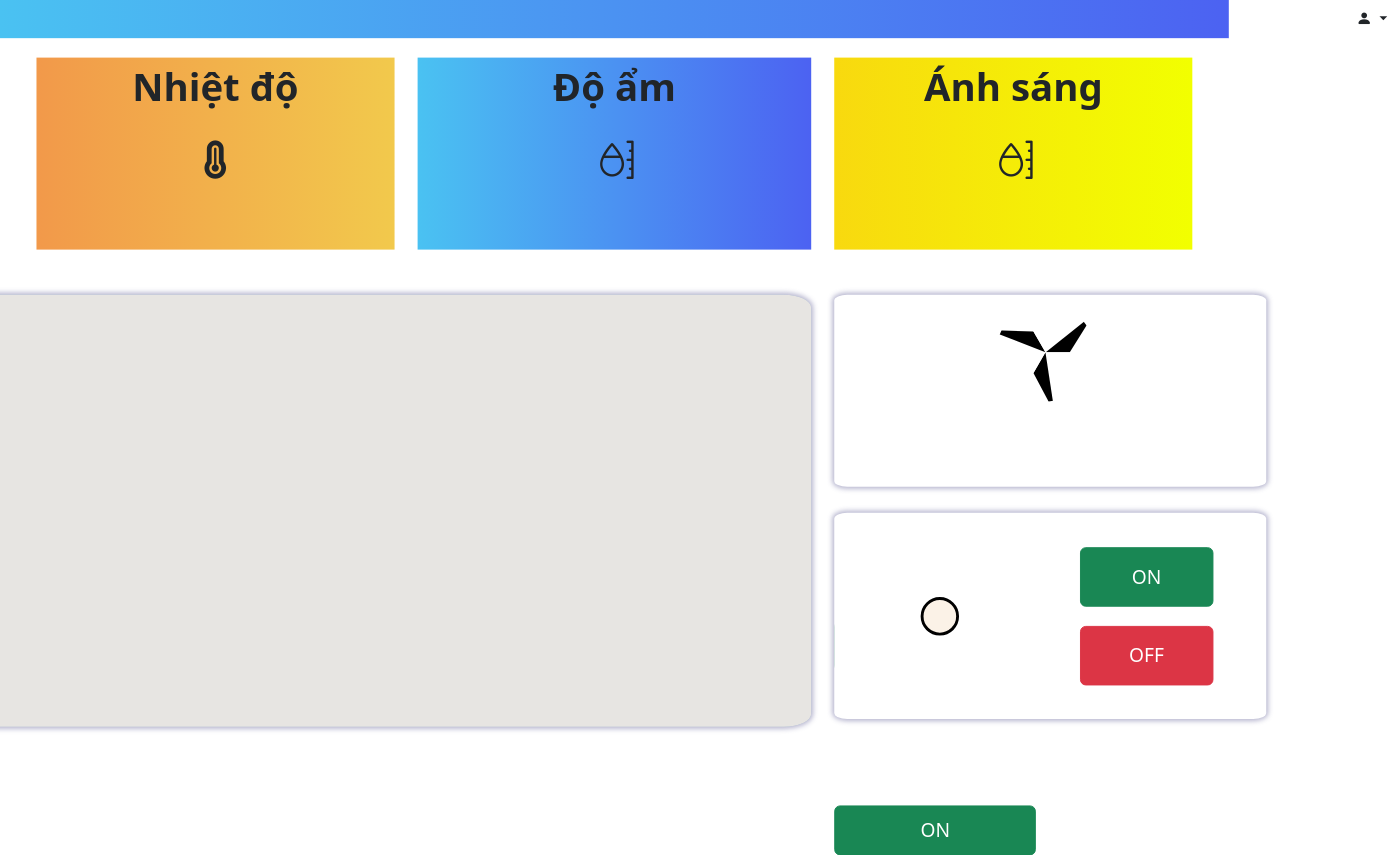
Repository: ndmq03102002/BTL_IOT
Page: Fontend_IOT/iot/index.html
These files come from the project's save history. The page is drawn as it stood at one moment and after the next save; the edit follows.
The browser window is 1280 px wide. The page is 1458 px wide, so the pictures cover 1458 px, including what lies to the right of the window. The pictures show the whole page, at 96% of full size.
Some web libraries are served in a nearby version.

Above is the page before, as saved 2023-09-07 09:53:42.

### Fontend_IOT/iot/index.html
<!DOCTYPE html>
<html lang="en">
<head>
    <meta charset="UTF-8">
    <meta name="viewport" content="width=device-width, initial-scale=1.0">
    <title>Document</title>
    <link rel="stylesheet" href="style.css">
    <link rel="stylesheet" href="bootstrap/css/bootstrap.css">
    <link rel="stylesheet" href="assets/fonts/fontawesome/css/fontawesome-all.min.css">
    <script src="https://cdnjs.cloudflare.com/ajax/libs/Chart.js/2.9.4/Chart.js"></script>
    <script src="https://kit.fontawesome.com/1be2f108e2.js" crossorigin="anonymous"></script>
    <link rel="stylesheet" href="https://cdn.jsdelivr.net/npm/bootstrap-icons@1.10.5/font/bootstrap-icons.css">
    <link rel="stylesheet" href="https://cdnjs.cloudflare.com/ajax/libs/font-awesome/6.0.0/css/all.min.css" integrity="sha512-9usAa10IRO0HhonpyAIVpjrylPvoDwiPUiKdWk5t3PyolY1cOd4DSE0Ga+ri4AuTroPR5aQvXU9xC6qOPnzFeg==" crossorigin="anonymous" referrerpolicy="no-referrer" />

</head>
<header style="width: 100%; height: 40px; margin :auto;background: linear-gradient(to right, #4ac2f2, #4c62f2)">

    <div class="col-sm-12">
        <div class="btn-group" style=" margin-left: 1300px;  ">
            <a class="btn btn-white dropdown-toggle" style="border-radius: 0%;display: block; margin-left: 100px;" href="#" role="button" data-bs-toggle="dropdown" aria-expanded="false">
                <i class="bi bi-person-fill"></i>
              </a>
            <ul class="dropdown-menu">
                <li><a href="javascript:" class="dropdown-item"><i class="bi bi-person"></i> MSV: B20DCCN064</a></li>
                <li><a href="javascript:" class="dropdown-item"><i class="bi bi-phone"></i> Phone: 0399602556</a></li>
                <li><a href="message.html" class="dropdown-item"><i class="bi bi-envelope"></i> Email: Caibutchi2672gmail.com</a></li>
            </ul>
          </div>
</header>
<body>
     <div  style="background-color:white;height:700px; margin-bottom: 50px;">
        <div class="row">
            <div  class="col-sm-4 col-pd"style="padding-left: 50px;" >
                <div class="khoi1 khoi-size">
                        <p >Nhiệt độ</p>
                        <p style="display: inline; " class="count1"></p>
                        <span><i class='fa-solid fa-temperature-full'></i></span>

                </div>
            </div>
            <div class="col-sm-4 col-pd">
                <div class="khoi2 khoi-size">
                    <p> Độ ẩm</p>
                    <p style="display: inline;" class="count2"></p>
                    <span> <i class="bi bi-moisture"></i></span>
                </div>
            </div>
            <div class="col-sm-4 col-pd" style="padding-right: 50px;">
                <div class="khoi3 khoi-size">
                    <p>Ánh sáng</p>
                    <p style="display: inline;" class="count3"></p>
                    <span> <i class="bi bi-moisture"></i></span>
                </div>
            </div>
            <div class="col-sm-8 " >
                <div class="khoi" style="height: 450px;width: 950px; float:right">
                    <canvas id="myChart" style="border-radius: 3%; width:100%;height: 100%;background-color: rgb(231, 229, 226);"></canvas>
                </div>
            </div>
            <div class="col-sm-4 ">
                <div class="khoi khoiii" style=" background-color: white; height: 200px; width: 450px; float: left; display: block; justify-content: center; align-items: center;">
                    <div class="fan">
                        <div class="blade blade-1"></div>
                        <div class="blade blade-2"></div>
                        <div class="blade blade-3"></div>
                        <div class="stand"></div>
                    </div>
                    <div class="button" style="margin-top: 140px;margin-right: 240px;">
                        <button class="btn btn-success " onclick="OnFan()" style="--bs-btn-padding-y: 10px; --bs-btn-padding-x: 30px; --bs-btn-font-size: 20px; ">ON</button>
                    </div>
                    <div class="button" style="margin-top: 140px;margin-right: 240px;">
                        <button class="btn btn-success " onclick="OnFan()" style="--bs-btn-padding-y: 10px; --bs-btn-padding-x: 30px; --bs-btn-font-size: 20px; ">ON</button>
                    </div>




                </div>
                <div class="khoi " style="background-color: white; margin-bottom: 20px; height: 215px; width: 450px; float: left; display: flex; justify-content: center; align-items: center;">
                    <div class="light" >
                        <div class="light-bulb" > </div>
                    </div>
                    <div class="button"  style="margin: auto;">
                        <button class="btn btn-success " onclick="OnLight()" style="--bs-btn-padding-y: 15px; --bs-btn-padding-x: 50px; --bs-btn-font-size: 20px; ">ON</button>
                         <button class="btn btn-danger " onclick="OffLight()" style="margin-top: 20px; --bs-btn-padding-y: 15px; --bs-btn-padding-x: 50px; --bs-btn-font-size: 20px;">OFF</button>

                    </div>

                </div>
            </div>
        </div>
    </div>
    <p>

    <script src="https://cdn.jsdelivr.net/npm/axios/dist/axios.min.js"></script>
    <script src="js.js"></script>
    <script src="jquery.js"></script>
    <script src="popper.min.js"></script>
    <script src="bootstrap/js/bootstrap.min.js"></script>
</body>
</html>

### Fontend_IOT/iot/style.css
html {
  margin: 0;
  padding: 0;
}

.khoi {
  width: 100%;
  height: 200px;
  margin-right: 0px;
  margin-bottom: 27px;
  background-color: #9fb4d0;

  box-shadow: 0px 0px 5px 2px rgba(97, 95, 151, 0.47);
  border-radius: 3%;
}
.khoi1 {
  width: 100%;
  height: 200px;
  margin-right: 0px;
  margin-bottom: 27px;
  background: linear-gradient(to right, #f2994a, #f2c94c);
}
.khoi2 {
  width: 100%;
  height: 200px;
  margin-right: 0px;
  margin-bottom: 27px;
  background: linear-gradient(to right, #4ac2f2, #4c62f2);
}
.khoi3 {
  width: 100%;
  height: 200px;
  margin-right: 0px;
  margin-bottom: 27px;
  background: linear-gradient(to right, #f8d90f, #f2ff00);
}
.khoii {
  width: 100%;
  height: 500px;
  background-color: black;
}
.abc {
  margin-bottom: 30px;
}
.col-pd {
  padding: 20px;
}
.khoi-size {
  font-size: 40px;
  font-weight: bold;
  text-align: center;
}
.fan {
  width: 200px;
  height: 200px;
  position: relative;
}

.blade {
  width: 0;
  height: 0;
  position: absolute;
  top: 10%;
  left: 110%;
  transform-origin: 0 50%;
  background-color: #000000;
  border-radius: 50%;
}

.blade-1 {
  width: 50px;
  height: 80px;
  clip-path: polygon(0 50%, 100% 0, 50% 50%);
  transform: rotate(0deg);
  /* animation: rotateFan1 1s linear infinite; */
}

.blade-2 {
  width: 50px;
  height: 80px;
  clip-path: polygon(0 50%, 100% 0, 50% 50%);
  transform: rotate(120deg);
  /* animation: rotateFan2 1s linear infinite; */
}

.blade-3 {
  width: 50px;
  height: 80px;
  clip-path: polygon(0 50%, 100% 0, 50% 50%);
  transform: rotate(240deg);
  /* animation: rotateFan3 1s linear infinite; */
}

@keyframes rotateFan2 {
  to {
    transform: rotate(480deg);
  }
}
@keyframes rotateFan1 {
  to {
    transform: rotate(360deg);
  }
}
@keyframes rotateFan3 {
  to {
    transform: rotate(600deg);
  }
}
.button {
  display: flex;
  flex-direction: column;
  justify-content: space-between;
}
.light {
  width: 200px;
  height: 200px;
}

.light-bulb {
  width: 40px;
  height: 40px;
  background-color: rgb(251 242 231);
  border: 3px solid #000;
  border-radius: 50%;
  position: relative;
  left: 90px;
  top: 80px;
}
@keyframes bulbLight {
  to {
    border: 5px solid transparent;
    box-shadow: 0 0 30px 50px rgba(255, 255, 0, 0.912);
  }
}

### Fontend_IOT/iot/js.js
let Listbox = document.querySelectorAll(".khoi-size");
let box1 = Listbox[0];
let box2 = Listbox[1];
let box3 = Listbox[2];
// let arrayP = box.getElementsByTagName("p");
// console.log(arrayP[1].innerText);

let countTemp = document.getElementsByClassName(".count1").innerText;
let countHum = document.getElementsByClassName(".count2").innerText;
let countLight = document.getElementsByClassName(".count3").innerText;

let count = 0;

function changeTemp() {
  if (countTemp <= 10) {
    box1.style.backgroundColor = "#9fb4d0";
  } else if (countTemp <= 25) {
    box1.style.backgroundColor = "#3fc848";
  } else if (countTemp <= 35) {
    box1.style.backgroundColor = "#c8b83f";
  } else {
    box1.style.backgroundColor = "#c83f3f";
  }
  if (countTemp > 50) {
    box1.style.backgroundColor = "#fd0606";
  }
}
function changeHum() {
  if (countHum <= 10) {
    box2.style.backgroundColor = "#9fb4d0";
  } else if (countHum <= 25) {
    box2.style.backgroundColor = "#3fc848";
  } else if (countHum <= 35) {
    box2.style.backgroundColor = "#c8b83f";
  } else {
    box2.style.backgroundColor = "#c83f3f";
  }
  if (countHum > 50) {
    box2.style.backgroundColor = "#fd0606";
  }
}
function changeLight() {
  if (countLight <= 10) {
    box3.style.backgroundColor = "#9fb4d0";
  } else if (countLight <= 25) {
    box3.style.backgroundColor = "#3fc848";
  } else if (countLight <= 35) {
    box3.style.backgroundColor = "#c8b83f";
  } else {
    box3.style.backgroundColor = "#c83f3f";
  }
  if (countLight > 50) {
    box3.style.backgroundColor = "#fd0606";
  }
}
function getTempAllData() {
  fetch("http://localhost:8080/Iot/getAllData")
    .then(function (response) {
      return response.json();
    })
    .then(function (posts) {
      const temp = [];
      const hum = [];
      const light = [];
      for (let key of posts) {
        temp.push(key.temperature);
        hum.push(key.humidity);
        light.push(key.light);
      }
      // hiển thị nhiệt độ
      countTemp = document.querySelector(".count1").innerText =
        temp[temp.length - 1];
      countHum = document.querySelector(".count2").innerText =
        hum[hum.length - 1];
      countLight = document.querySelector(".count3").innerText =
        light[light.length - 1];
      console.log("hello");
      changeTemp();
      changeHum();
      changeLight();
      //hiển thị đồ thị
      const xValues = [1, 5, 10, 15, 20, 25, 30, 35, 40, 45];
      type: "line",
        new Chart("myChart", {
          type: "line",
          data: {
            labels: xValues,
            datasets: [
              {
                data: temp,
                borderColor: "red",
                fill: false,
              },
              {
                data: hum,
                borderColor: "green",
                fill: false,
              },
              {
                data: light,
                borderColor: "blue",
                fill: false,
              },
            ],
          },
          options: {
            legend: { display: false },
            scales: {
              yAxes: [
                {
                  ticks: {
                    min: 1, // Giá trị tối thiểu trên trục tung
                    max: 100, // Giá trị tối đa trên trục tung
                    stepSize: 5, // Bước giữa các giá trị
                  },
                },
              ],
            },
          },
        });
    })
    .catch(function (err) {
      console.log(err);
    });
}
function OnFan() {
  const blade1 = (document.querySelector(".blade-1").style.animation =
    "rotateFan1 1s linear infinite");
  const blade2 = (document.querySelector(".blade-2").style.animation =
    "rotateFan2 1s linear infinite");
  const blade3 = (document.querySelector(".blade-3").style.animation =
    "rotateFan3 1s linear infinite");
}
function OffFan() {
  const blade1 = document
    .querySelector(".blade-1")
    .style.removeProperty("animation");
  const blade2 = document
    .querySelector(".blade-2")
    .style.removeProperty("animation");
  const blade3 = document
    .querySelector(".blade-3")
    .style.removeProperty("animation");
}
function OnLight() {
  const light = (document.querySelector(".light-bulb").style.animation =
    "bulbLight 1s linear forwards");
}
function OffLight() {
  const light = document
    .querySelector(".light-bulb")
    .style.removeProperty("animation");
}

Loaded but not shown: Fontend_IOT/iot/bootstrap/css/bootstrap.css (library); Fontend_IOT/iot/jquery.js (library); Fontend_IOT/iot/popper.min.js (library); Fontend_IOT/iot/bootstrap/js/bootstrap.min.js (library)

After the next save:
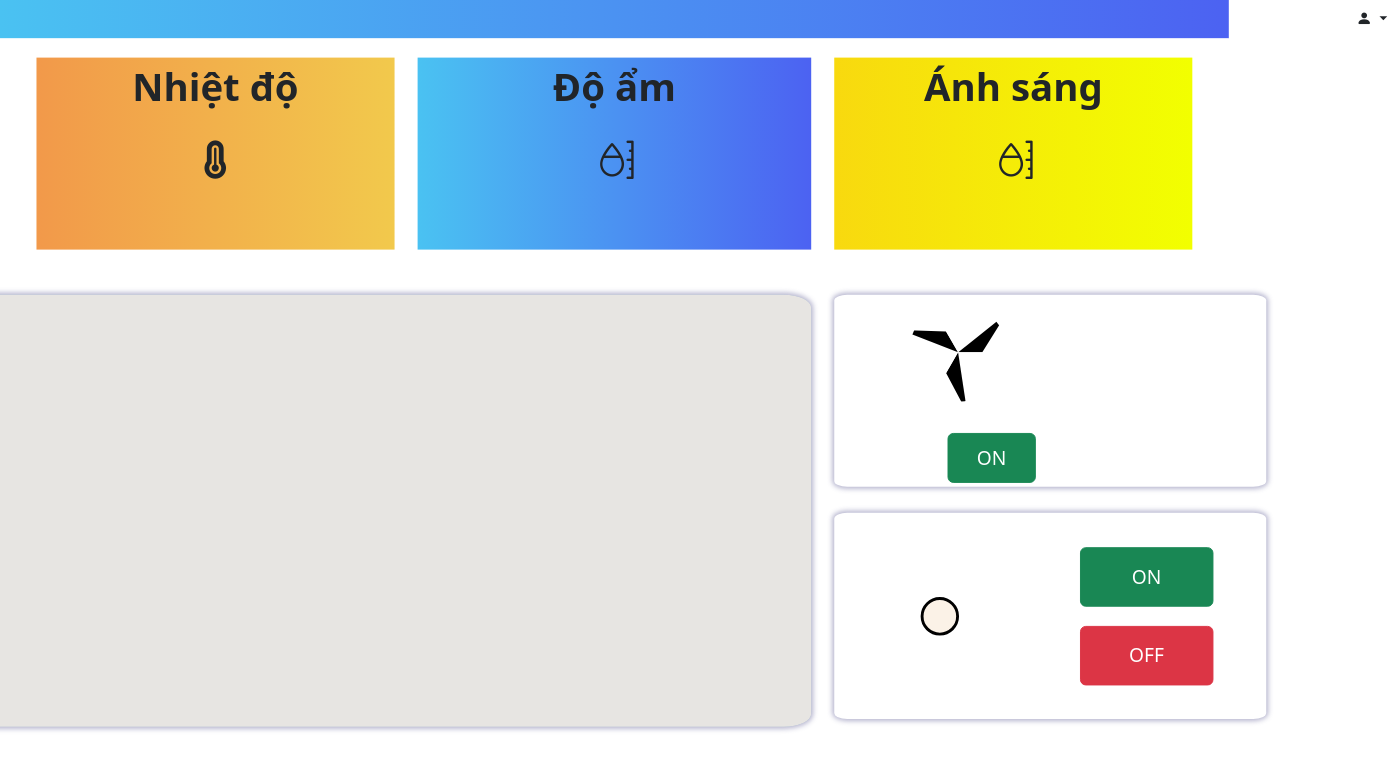
Saved 8 s later.
--- a/Fontend_IOT/iot/index.html
+++ b/Fontend_IOT/iot/index.html
@@ -58,7 +58,7 @@
                 </div>
             </div>
             <div class="col-sm-4 ">
-                <div class="khoi khoiii" style=" background-color: white; height: 200px; width: 450px; float: left; display: block; justify-content: center; align-items: center;">
+                <div class="khoi khoiii" style=" background-color: white; height: 200px; width: 450px; float: left; display: flex; justify-content: center; align-items: center;">
                     <div class="fan">
                         <div class="blade blade-1"></div>
                         <div class="blade blade-2"></div>
@@ -68,9 +68,7 @@
                     <div class="button" style="margin-top: 140px;margin-right: 240px;">
                         <button class="btn btn-success " onclick="OnFan()" style="--bs-btn-padding-y: 10px; --bs-btn-padding-x: 30px; --bs-btn-font-size: 20px; ">ON</button>
                     </div>
-                    <div class="button" style="margin-top: 140px;margin-right: 240px;">
-                        <button class="btn btn-success " onclick="OnFan()" style="--bs-btn-padding-y: 10px; --bs-btn-padding-x: 30px; --bs-btn-font-size: 20px; ">ON</button>
-                    </div>
+
 
 
 
